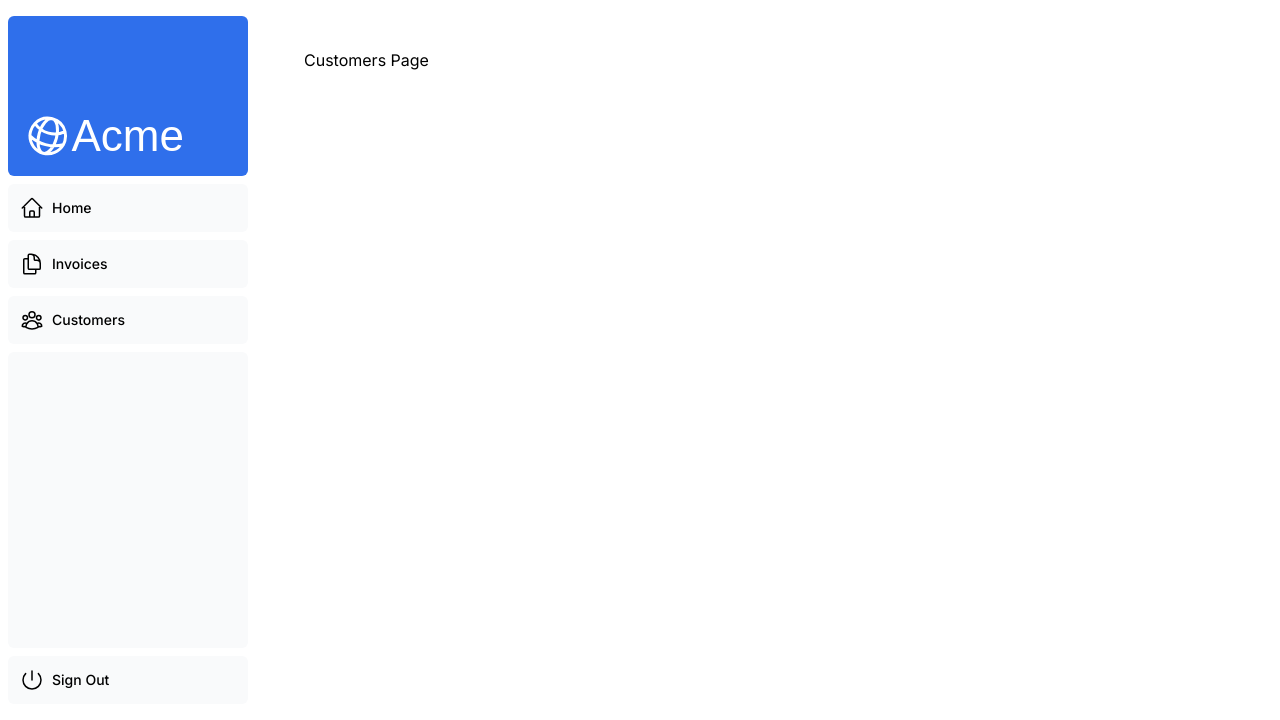
Repository: xhide341/nextjs-dashboard
Page: /dashboard/customers
The author's editor kept a copy of each file at every save. The page is drawn from the files as they stood at one save, then again after the next save.
The browser window is 1280 px wide. The pictures show the whole page.
Some web fonts or font styles are not loaded; a fallback is used. The project was rebuilt for these pictures with package versions that can differ from the ones it lists, and the page was loaded fresh each time. The framework's server and built-in components were replaced by stand-ins that run in the browser. Also part of the build but not shown: next.config.ts.

Above is the page before, as saved 2024-11-25 16:33:58.

### app/layout.tsx
import './ui/global.css';
import { inter } from '@/app/ui/fonts';

export default function RootLayout({
  children,
}: {
  children: React.ReactNode;
}) {
  return (
    <html lang="en">
      <body className={`${inter.className} antialiased`}>{children}</body>
    </html>
  );
}

### app/dashboard/layout.tsx
import SideNav from "@/app/ui/dashboard/sidenav";

export default function Layout({ children }: { children: React.ReactNode}) {
    return (
        <div className="flex h-screen flex-col md:flex-row md:overflow-hidden">
            <div className="w-full flex-none md:w-64">
                <SideNav />
            </div>
            <div className="flex-grow p-6 md:overflow-y-auto md:p-12">
                {children}
            </div>
        </div>
    );
}

### app/dashboard/customers/page.tsx
export default function Page() {
    return <p>Customers Page</p>;
}

### app/ui/fonts.ts
import { Inter } from 'next/font/google';
import { Lusitana } from 'next/font/google';
export const inter = Inter({ subsets: ['latin'] });
export const lusitana = Lusitana({
    weight: ['400', '700'],
    subsets: ['latin'],
});

### app/ui/dashboard/sidenav.tsx
import Link from 'next/link';
import NavLinks from '@/app/ui/dashboard/nav-links';
import AcmeLogo from '@/app/ui/acme-logo';
import { PowerIcon } from '@heroicons/react/24/outline';

export default function SideNav() {
  return (
    <div className="flex h-full flex-col px-3 py-4 md:px-2">
      <Link
        className="mb-2 flex h-20 items-end justify-start rounded-md bg-blue-600 p-4 md:h-40"
        href="/"
      >
        <div className="w-32 text-white md:w-40">
          <AcmeLogo />
        </div>
      </Link>
      <div className="flex grow flex-row justify-between space-x-2 md:flex-col md:space-x-0 md:space-y-2">
        <NavLinks />
        <div className="hidden h-auto w-full grow rounded-md bg-gray-50 md:block"></div>
        <form>
          <button className="flex h-[48px] w-full grow items-center justify-center gap-2 rounded-md bg-gray-50 p-3 text-sm font-medium hover:bg-sky-100 hover:text-blue-600 md:flex-none md:justify-start md:p-2 md:px-3">
            <PowerIcon className="w-6" />
            <div className="hidden md:block">Sign Out</div>
          </button>
        </form>
      </div>
    </div>
  );
}

### app/ui/dashboard/nav-links.tsx
import {
  UserGroupIcon,
  HomeIcon,
  DocumentDuplicateIcon,
} from '@heroicons/react/24/outline';

// Map of links to display in the side navigation.
// Depending on the size of the application, this would be stored in a database.
const links = [
  { name: 'Home', href: '/dashboard', icon: HomeIcon },
  {
    name: 'Invoices',
    href: '/dashboard/invoices',
    icon: DocumentDuplicateIcon,
  },
  { name: 'Customers', href: '/dashboard/customers', icon: UserGroupIcon },
];

export default function NavLinks() {
  return (
    <>
      {links.map((link) => {
        const LinkIcon = link.icon;
        return (
          <a
            key={link.name}
            href={link.href}
            className="flex h-[48px] grow items-center justify-center gap-2 rounded-md bg-gray-50 p-3 text-sm font-medium hover:bg-sky-100 hover:text-blue-600 md:flex-none md:justify-start md:p-2 md:px-3"
          >
            <LinkIcon className="w-6" />
            <p className="hidden md:block">{link.name}</p>
          </a>
        );
      })}
    </>
  );
}

Loaded but not shown: app/ui/global.css (common file); app/ui/acme-logo.tsx (common file); tailwind.config.ts (common file)

After the next save:
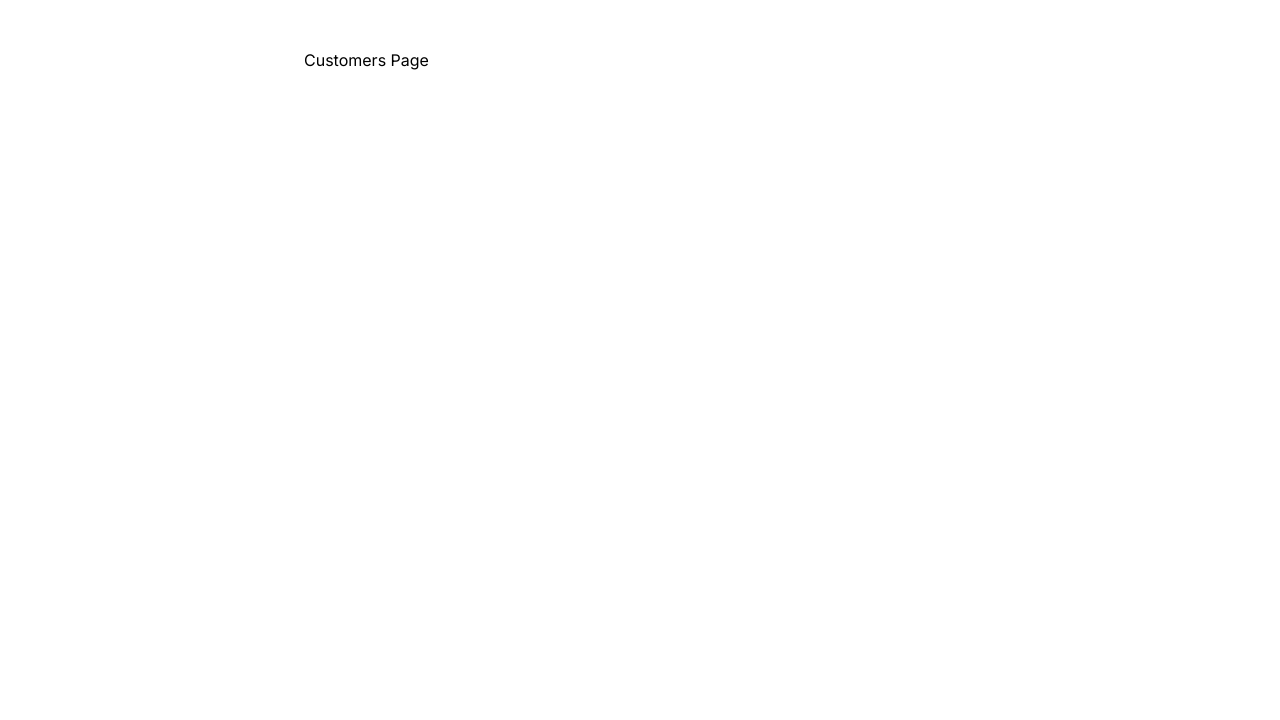
Saved 2 min 2 s later.
--- a/app/dashboard/layout.tsx
+++ b/app/dashboard/layout.tsx
@@ -4,7 +4,7 @@
     return (
         <div className="flex h-screen flex-col md:flex-row md:overflow-hidden">
             <div className="w-full flex-none md:w-64">
-                <SideNav />
+
             </div>
             <div className="flex-grow p-6 md:overflow-y-auto md:p-12">
                 {children}

After the save that followed:
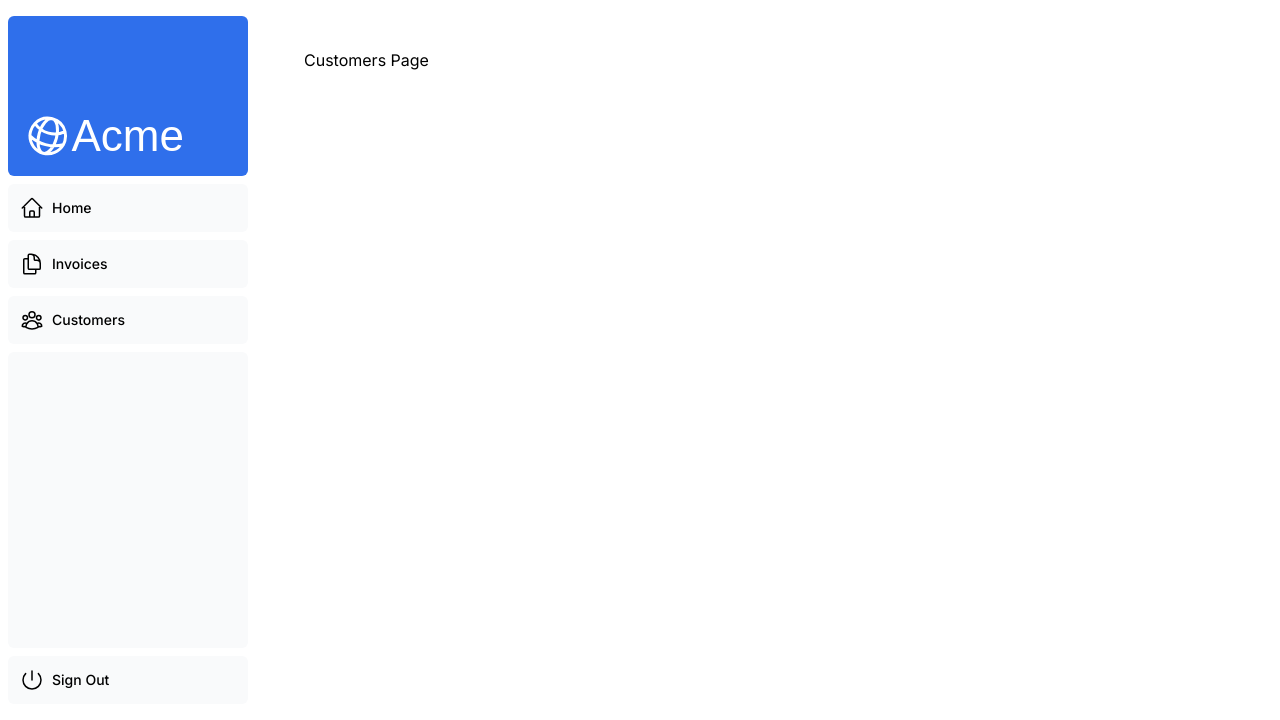
Saved 4 s later.
--- a/app/dashboard/layout.tsx
+++ b/app/dashboard/layout.tsx
@@ -4,7 +4,7 @@
     return (
         <div className="flex h-screen flex-col md:flex-row md:overflow-hidden">
             <div className="w-full flex-none md:w-64">
-
+                <SideNav />
             </div>
             <div className="flex-grow p-6 md:overflow-y-auto md:p-12">
                 {children}
